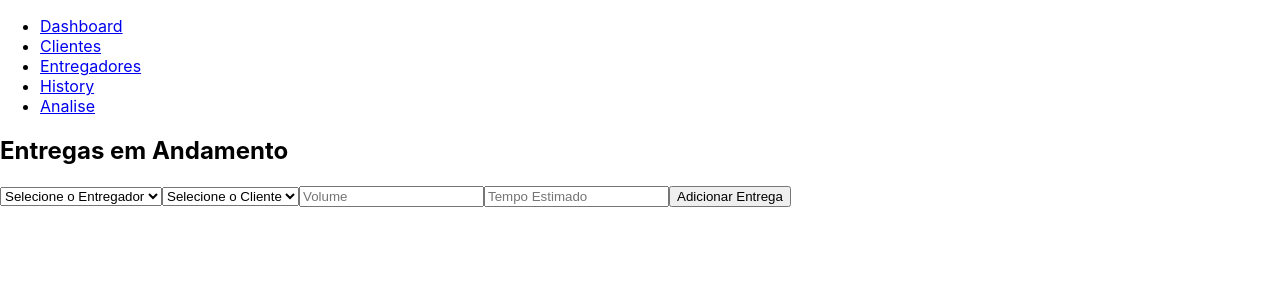
Repository: feliperanon/gestao-entregas
Page: /dashboard (app in frontend/)
The author's editor kept a copy of each file at every save. The page is drawn from the files as they stood at one save, then again after the next save.
The browser window is 1280 px wide. The pictures show the whole page.
The page's requests for data from a server got no answer. The project was rebuilt for these pictures with package versions that can differ from the ones it lists, and the page was loaded fresh each time. No one was signed in, and anything a server would have sent is missing. Also part of the build but not shown: frontend/src/pages/Clientes.js, frontend/src/pages/Entregadores.js, frontend/src/pages/History.js, frontend/src/pages/Analise.js, frontend/src/pages/Login.js.

Above is the page before, as saved 2024-06-30 11:24:13.

After the next save:
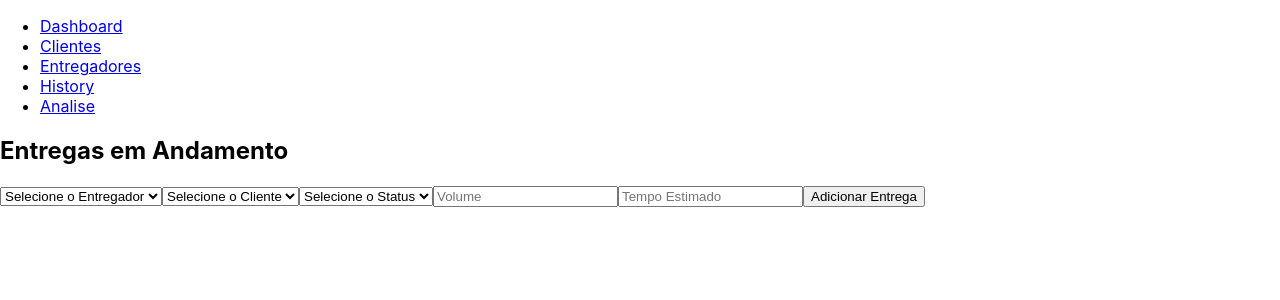
Saved 5 min 57 s later.
--- a/frontend/src/pages/Dashboard.js
+++ b/frontend/src/pages/Dashboard.js
@@ -5,6 +5,7 @@ const Dashboard = () => {
   const [entregas, setEntregas] = useState([]);
   const [entregadores, setEntregadores] = useState([]);
   const [clientes, setClientes] = useState([]);
+  const [statusList, setStatusList] = useState([]);
   const [form, setForm] = useState({ nomeEntregador: '', cliente: '', volume: '', status: 'Em andamento', tempoEstimado: '' });
 
   useEffect(() => {
@@ -47,9 +48,22 @@ const Dashboard = () => {
       }
     };
 
+    const fetchStatusList = async () => {
+      try {
+        const token = localStorage.getItem('token');
+        const response = await api.get('/status', {
+          headers: { Authorization: `Bearer ${token}` }
+        });
+        setStatusList(response.data);
+      } catch (error) {
+        console.error('Error fetching status list:', error);
+      }
+    };
+
     fetchEntregas();
     fetchEntregadores();
     fetchClientes();
+    fetchStatusList();
 
     const intervalId = setInterval(() => {
       setEntregas((prevEntregas) =>
@@ -77,6 +91,12 @@ const Dashboard = () => {
   const handleSubmit = async (e) => {
     e.preventDefault();
     try {
+      const entregadorExistente = entregas.find(entrega => entrega.nomeEntregador === form.nomeEntregador);
+      if (entregadorExistente) {
+        alert('O entregador já está em uma rotina de entrega.');
+        return;
+      }
+
       const token = localStorage.getItem('token');
       const novaEntrega = {
         ...form,
@@ -104,6 +124,18 @@ const Dashboard = () => {
     }
   };
 
+  const handleDelete = async (id) => {
+    try {
+      const token = localStorage.getItem('token');
+      await api.delete(`/entregas/${id}`, {
+        headers: { Authorization: `Bearer ${token}` }
+      });
+      setEntregas(entregas.filter(entrega => entrega._id !== id));
+    } catch (error) {
+      console.error('Error deleting entrega:', error);
+    }
+  };
+
   return (
     <div>
       <h2>Entregas em Andamento</h2>
@@ -120,6 +152,12 @@ const Dashboard = () => {
             <option key={cliente._id} value={cliente.nome}>{cliente.nome}</option>
           ))}
         </select>
+        <select name="status" value={form.status} onChange={handleChange} required>
+          <option value="">Selecione o Status</option>
+          {statusList.map((status) => (
+            <option key={status._id} value={status.nome}>{status.nome}</option>
+          ))}
+        </select>
         <input name="volume" value={form.volume} onChange={handleChange} placeholder="Volume" required />
         <input name="tempoEstimado" value={form.tempoEstimado} onChange={handleChange} placeholder="Tempo Estimado" required />
         <button type="submit">Adicionar Entrega</button>
@@ -129,6 +167,7 @@ const Dashboard = () => {
           <li key={entrega._id}>
             <span>{entrega.nomeEntregador} - {entrega.cliente} - {entrega.volume} - {entrega.status} - {entrega.tempoEstimado} minutos - Tempo Em Andamento: {entrega.tempoDecorrido} minutos</span>
             <button onClick={() => handleFinalize(entrega._id)}>Finalizar Entrega</button>
+            <button onClick={() => handleDelete(entrega._id)}>Excluir Entrega</button>
           </li>
         ))}
       </ul>
